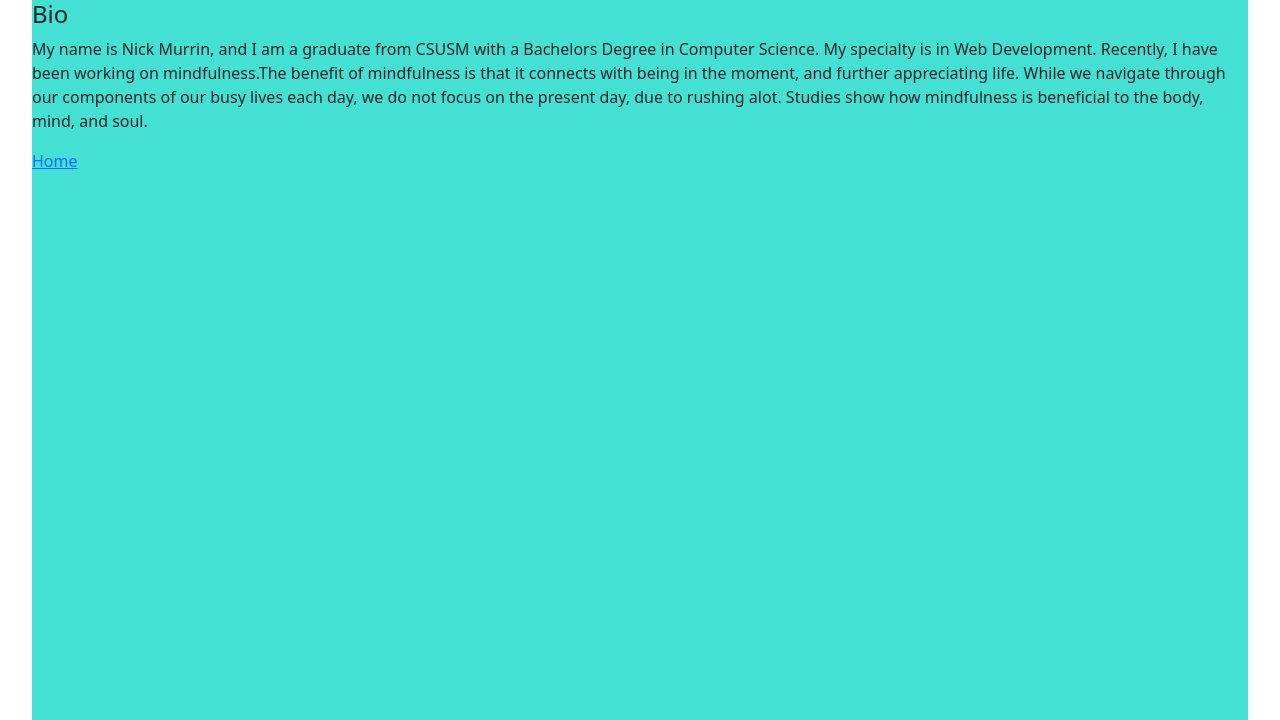
Repository: collegedude9300/zenstationnext
Page: /About
The author's editor kept a copy of each file at every save. The page is drawn from the files as they stood at one save, then again after the next save.
The browser window is 1280 px wide. The pictures show the whole page.
The project was rebuilt for these pictures with package versions that can differ from the ones it lists, and the page was loaded fresh each time. The framework's server and built-in components were replaced by stand-ins that run in the browser. Also part of the build but not shown: next.config.js.

Above is the page before, as saved 2022-10-11 13:45:34.

After the next save:
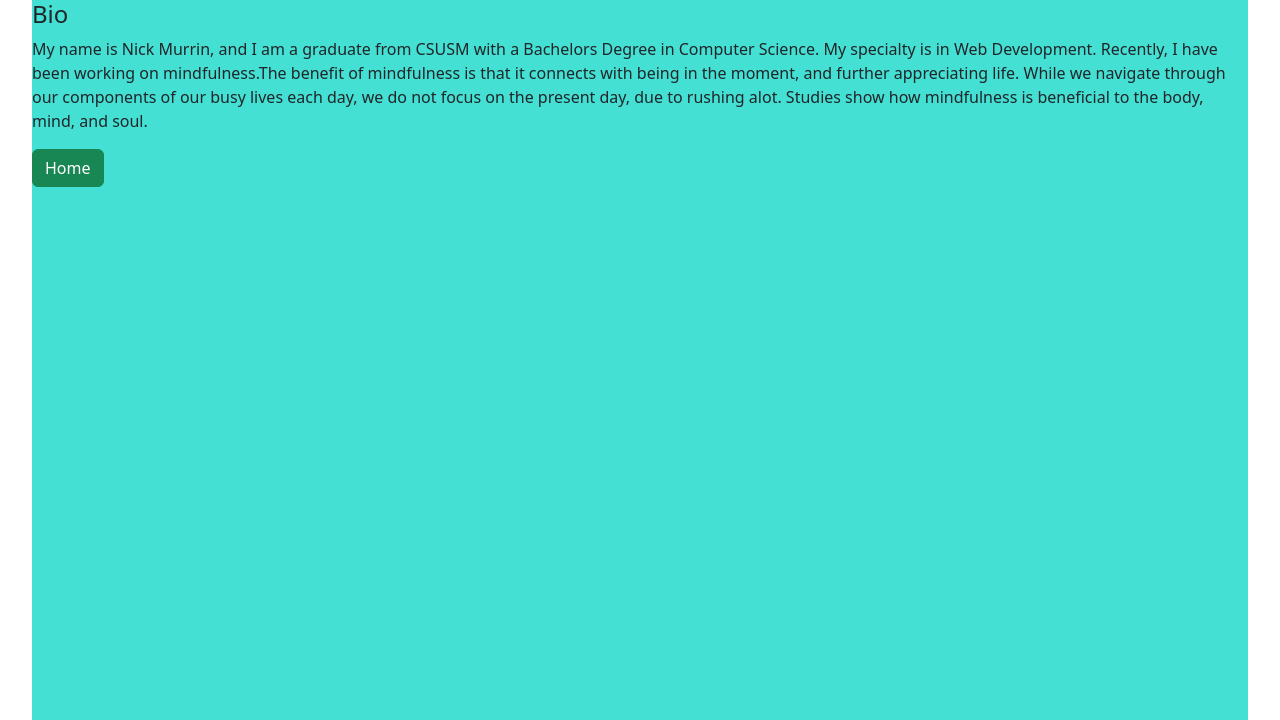
Saved 66 s later.
--- a/pages/About.js
+++ b/pages/About.js
@@ -22,7 +22,7 @@ Studies show how mindfulness is beneficial to the body, mind, and soul.
 </p>
 
 <Link href="/">
-<a>Home</a>
+<a class="btn btn-success">Home</a>
 </Link>
 </main>
 </div>
